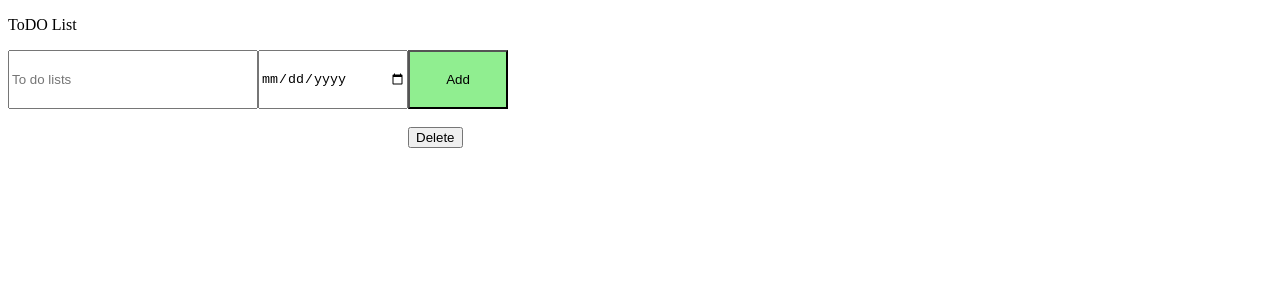
Repository: pgyunknown/ToDo-List
Page: index.html
An editor plug-in stored every save of this project. The page is shown before and after the next save, followed by the edit.
The browser window is 1280 px wide. The pictures show the whole page.

Above is the page before, as saved 2024-08-29 20:47:23.

### index.html
<!DOCTYPE html>
<html lang="en">
<head>
  <meta charset="UTF-8">
  <meta name="viewport" content="width=device-width, initial-scale=1.0">
  <link rel="stylesheet" href="index.css">
  <title>Document</title>
</head>
<body>
    <p>ToDO List</p>
  <div class="grid-body">
  <input placeholder="To do lists" class="js-name-input"><input type="date" class="js-date-b"><button onclick="addWork();" class="add-b">Add</button><br>
    </div>
  <div class="js-todo-list todo-grid">text</div>

  <script src="index.js"></script>
</body>
</html>

### index.css
.todo-grid{
  display: grid;
  grid-template-columns: 250px 150px 100px;
}

.grid-body{
  display: grid;
  grid-template-columns: 250px 150px 100px;
}

.add-b{
  background-color: lightgreen;
  padding: 20px;
}

### index.js
const todoList=[{
  name:'',duedate:''
}
];

eventList();
function eventList(){
  let todoListHTML=' ';
  for(i=0;i<todoList.length;i++){
    const todoObj=todoList[i];
    const {name}=todoObj;
    const {duedate}=todoObj;
    const html=`
    <div >${name}</div>
    <div >${duedate}</div>
    <div>    <button onclick="todoList.splice(${i},1);
    eventList();">Delete</button></div>
    `;
    todoListHTML+=html;
}
console.log(todoListHTML) ;
document.querySelector('.js-todo-list').innerHTML=todoListHTML;
}
function addWork(){
  const inputElement=document.querySelector('.js-name-input');
  const name=inputElement.value;

  const dateinputElement=document.querySelector('.js-date-b');
  const duedate=dateinputElement.value;

  todoList.push({
    name:name,
    duedate:duedate
  });

  inputElement.value='';
  // console.log(todoList);
  eventList();
}

After the next save:
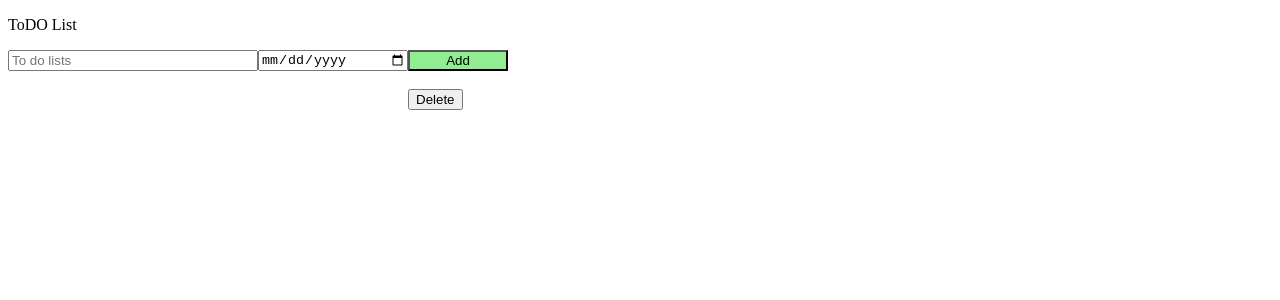
Saved 6 s later.
--- a/index.css
+++ b/index.css
@@ -10,5 +10,5 @@
 
 .add-b{
   background-color: lightgreen;
-  padding: 20px;
+  padding: 10pz;
 }
